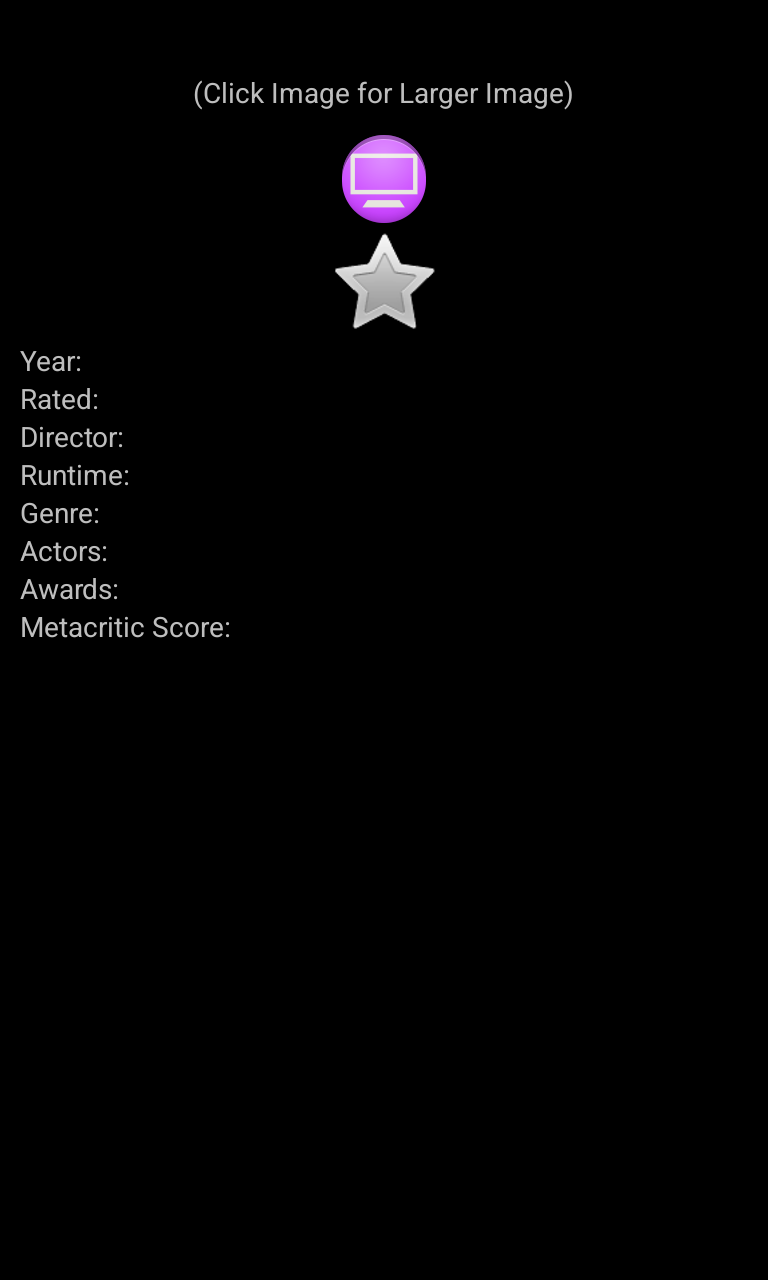
Repository: laurenelder/Java2_Elder
Layout: MovieLookup/res/layout/detail_layout.xml
These files come from the project's save history. The layout is drawn as it stood at one moment and after the next save; the edit follows.
It is drawn on a 768 x 1280 px phone screen (xhdpi) without system bars, with theme android:Theme.Black; the app's code is not run.

Above is the layout before, as saved 2014-07-18 00:48:59.

### MovieLookup/res/layout/detail_layout.xml
<?xml version="1.0" encoding="utf-8"?>

<!-- MovieLookup -->
<!-- com.laurenelder.movielookup -->
<!-- Devin "Lauren" Elder -->
<!-- Jul 17, 2014 -->
<!-- Java 2 Term 1407 -->

<ScrollView xmlns:android="http://schemas.android.com/apk/res/android"
    android:layout_width="match_parent"
    android:layout_height="match_parent">

<LinearLayout
    android:layout_width="match_parent"
    android:layout_height="wrap_content"
    android:orientation="vertical" >

    <TextView
        android:id="@+id/movieTitle"
        android:layout_width="wrap_content"
        android:layout_height="wrap_content"
        android:layout_gravity="center"
        android:gravity="center"
        android:layout_marginTop="7dp"
        android:text=""
        android:textAppearance="?android:attr/textAppearanceLarge" />

    <TextView
        android:id="@+id/imageHint"
        android:layout_width="wrap_content"
        android:layout_height="wrap_content"
        android:layout_gravity="center"
        android:gravity="center"
        android:layout_marginTop="0dp"
        android:text="@string/image_hint"
        android:textAppearance="?android:attr/textAppearanceSmall" />

    <ImageView
        android:id="@+id/movieImage"
        android:layout_width="wrap_content"
        android:layout_height="wrap_content"
        android:layout_gravity="center"
        android:layout_marginTop="10dp"
        android:src="@drawable/ic_launcher"
        android:clickable="true"
        android:contentDescription="@string/image_desciption" />

    <RatingBar
	    android:id="@+id/ratingBar"
	    android:layout_width="wrap_content"
	    android:layout_height="wrap_content"
	    android:layout_gravity="center"
        android:numStars="1"
	    android:stepSize="1.0"
	    android:rating="0.0" />

    <RelativeLayout
        android:layout_width="match_parent"
        android:layout_height="wrap_content"
        android:layout_marginTop="0dp" >

        <TextView
            android:id="@+id/yearLabel"
            android:layout_width="wrap_content"
            android:layout_height="wrap_content"
            android:layout_marginLeft="10dp"
            android:layout_alignParentLeft="true"
            android:layout_alignParentTop="true"
            android:text="@string/year_str" />

        <TextView
            android:id="@+id/movieYear"
            android:layout_width="220dp"
            android:layout_height="wrap_content"
            android:layout_marginRight="10dp"
            android:layout_alignParentRight="true"
            android:layout_alignParentTop="true"
            android:text="" />

    </RelativeLayout>

    <RelativeLayout
        android:layout_width="match_parent"
        android:layout_height="wrap_content"
        android:layout_marginTop="0dp" >

        <TextView
            android:id="@+id/ratingLabel"
            android:layout_width="wrap_content"
            android:layout_height="wrap_content"
            android:layout_marginLeft="10dp"
            android:layout_alignParentLeft="true"
            android:layout_alignParentTop="true"
            android:text="@string/rated_str" />

        <TextView
            android:id="@+id/movieRating"
            android:layout_width="220dp"
            android:layout_height="wrap_content"
            android:layout_marginRight="10dp"
            android:layout_alignParentRight="true"
            android:layout_alignParentTop="true"
            android:text="" />

    </RelativeLayout>

    <RelativeLayout
        android:layout_width="match_parent"
        android:layout_height="wrap_content"
        android:layout_marginTop="0dp" >

        <TextView
            android:id="@+id/directorLabel"
            android:layout_width="wrap_content"
            android:layout_height="wrap_content"
            android:layout_marginLeft="10dp"
            android:layout_alignParentLeft="true"
            android:layout_alignParentTop="true"
            android:text="@string/director_str" />

        <TextView
            android:id="@+id/movieDirector"
            android:layout_width="220dp"
            android:layout_height="wrap_content"
            android:layout_marginRight="10dp"
            android:layout_alignParentRight="true"
            android:layout_alignParentTop="true"
            android:text="" />

    </RelativeLayout>

    <RelativeLayout
        android:layout_width="match_parent"
        android:layout_height="wrap_content"
        android:layout_marginTop="0dp" >

        <TextView
            android:id="@+id/runtimeLabel"
            android:layout_width="wrap_content"
            android:layout_height="wrap_content"
            android:layout_marginLeft="10dp"
            android:layout_alignParentLeft="true"
            android:layout_alignParentTop="true"
            android:text="@string/runtime_str" />

        <TextView
            android:id="@+id/movieRuntime"
            android:layout_width="220dp"
            android:layout_height="wrap_content"
            android:layout_marginRight="10dp"
            android:layout_alignParentRight="true"
            android:layout_alignParentTop="true"
            android:text="" />

    </RelativeLayout>

    <RelativeLayout
        android:layout_width="match_parent"
        android:layout_height="wrap_content"
        android:layout_marginTop="0dp" >

        <TextView
            android:id="@+id/genreLabel"
            android:layout_width="wrap_content"
            android:layout_height="wrap_content"
            android:layout_marginLeft="10dp"
            android:layout_alignParentLeft="true"
            android:layout_alignParentTop="true"
            android:text="@string/genre_str" />

        <TextView
            android:id="@+id/movieGenre"
            android:layout_width="220dp"
            android:layout_height="wrap_content"
            android:layout_marginRight="10dp"
            android:layout_alignParentRight="true"
            android:layout_alignParentTop="true"
            android:text="" />

    </RelativeLayout>

    <RelativeLayout
        android:layout_width="match_parent"
        android:layout_height="wrap_content"
        android:layout_marginTop="0dp" >

        <TextView
            android:id="@+id/actorLabel"
            android:layout_width="wrap_content"
            android:layout_height="wrap_content"
            android:layout_marginLeft="10dp"
            android:layout_alignParentLeft="true"
            android:layout_alignParentTop="true"
            android:text="@string/actor_str" />

        <TextView
            android:id="@+id/movieActor"
            android:layout_width="220dp"
            android:layout_height="wrap_content"
            android:layout_marginRight="10dp"
            android:layout_alignParentRight="true"
            android:layout_alignParentTop="true"
            android:text="" />

    </RelativeLayout>

    <RelativeLayout
        android:layout_width="match_parent"
        android:layout_height="wrap_content"
        android:layout_marginTop="0dp" >

        <TextView
            android:id="@+id/awardsLabel"
            android:layout_width="wrap_content"
            android:layout_height="wrap_content"
            android:layout_marginLeft="10dp"
            android:layout_alignParentLeft="true"
            android:layout_alignParentTop="true"
            android:text="@string/awards_str" />

        <TextView
            android:id="@+id/movieAwards"
            android:layout_width="220dp"
            android:layout_height="wrap_content"
            android:layout_marginRight="10dp"
            android:layout_alignParentRight="true"
            android:layout_alignParentTop="true"
            android:text="" />

    </RelativeLayout>

    <RelativeLayout
        android:layout_width="match_parent"
        android:layout_height="wrap_content"
        android:layout_marginTop="0dp" >

        <TextView
            android:id="@+id/scoreLabel"
            android:layout_width="wrap_content"
            android:layout_height="wrap_content"
            android:layout_marginLeft="10dp"
            android:layout_alignParentLeft="true"
            android:layout_alignParentTop="true"
            android:text="@string/score_str" />

        <TextView
            android:id="@+id/movieScore"
            android:layout_width="220dp"
            android:layout_height="wrap_content"
            android:layout_marginRight="10dp"
            android:layout_alignParentRight="true"
            android:layout_alignParentTop="true"
            android:text="" />

    </RelativeLayout>

    <TextView
        android:id="@+id/moviePlot"
        android:layout_width="wrap_content"
        android:layout_height="wrap_content"
        android:layout_marginTop="7dp"
        android:layout_marginRight="10dp"
        android:layout_marginLeft="10dp"
        android:layout_gravity="center"
        android:gravity="center"
        android:text="" />

</LinearLayout>

</ScrollView>

### MovieLookup/res/values/strings.xml
<?xml version="1.0" encoding="utf-8"?>

<!-- MovieLookup -->
<!-- com.laurenelder.movielookup -->
<!-- Devin "Lauren" Elder -->
<!-- Jul 17, 2014 -->
<!-- Java 2 Term 1407 -->

<resources>

    <string name="app_name">Movie Lookup</string>
    <string name="hello_world">Hello world!</string>
    <string name="action_settings">Settings</string>
    <string name="title_text">Search to find all the information on your favorite movies!</string>
    <string name="button_text">Find!</string>
    <string name="search_hint">Star Trek</string>
    <string name="main_api">http://www.omdbapi.com/?s=Star%20Trek_r=JSON</string>
    <string name="pre_detail_api">http://www.omdbapi.com/?i=</string>
    <string name="post_detail_api">_r=JSON</string>
    <string name="input_notification">Please enter a movie you would like to search for.</string>
    <string name="connection_notification">Connection Error: Please check to make sure you have an internet connection.</string>
    <string name="searching_notification">We are searching for your movie</string>
    <string name="details_notification">We are finding the details for your movie</string>
    <string name="file_name">apiJSONdata.txt</string>
    <string name="detail_file_name">.txt</string>
    <string name="n_a">Not Applicable</string>
    <string name="year_str">Year:</string>
    <string name="rated_str">Rated:</string>
    <string name="released_str">Date Released:</string>
    <string name="runtime_str">Runtime:</string>
    <string name="genre_str">Genre:</string>
    <string name="director_str">Director:</string>
    <string name="actor_str">Actors:</string>
    <string name="awards_str">Awards:</string>
    <string name="score_str">Metacritic Score:</string>
    <string name="image_hint">(Click Image for Larger Image)</string>
    <string name="image_desciption">Movie Poster</string>
    <string name="alert_title">Favorite Notification</string>
    <string name="alert_favMovie"> is now a favorite</string>
    <string name="alert_notFavMovie"> is not a favorite</string>
    <string name="alert_favRating">Rating Bar returned:</string>

</resources>

After the next save:
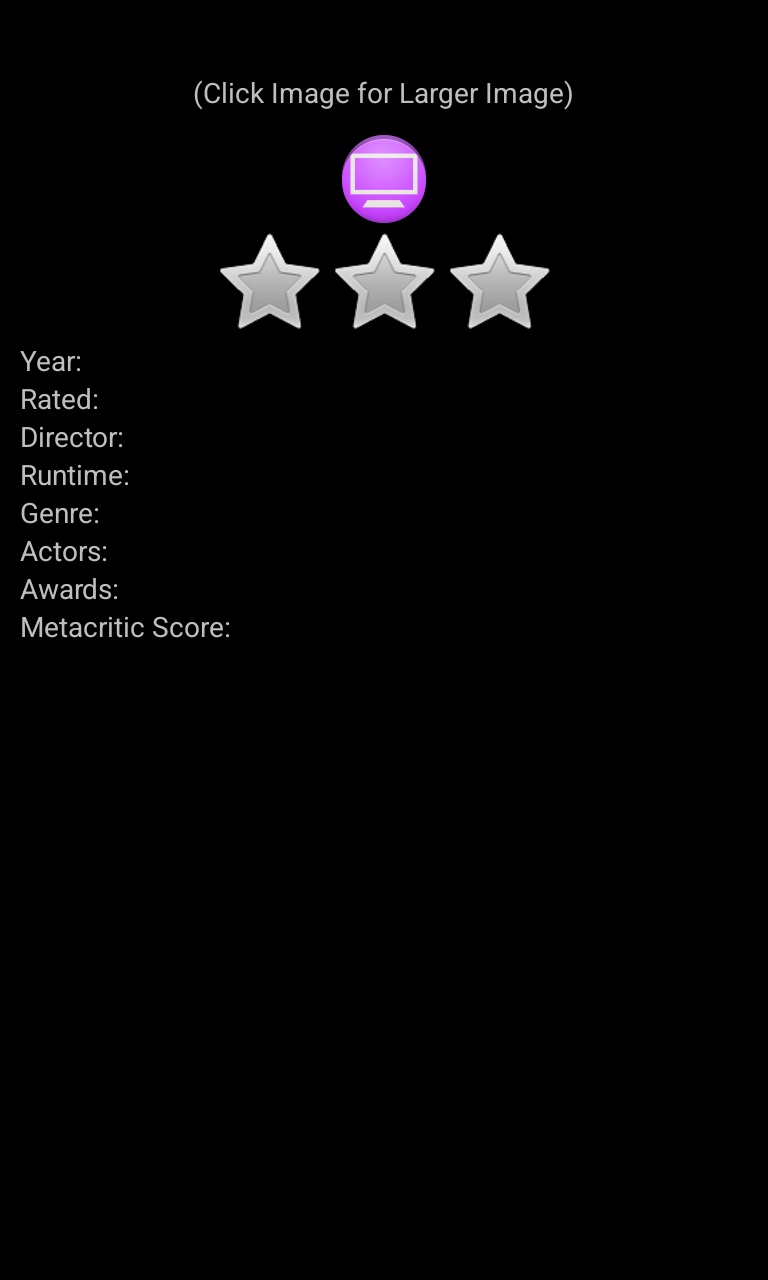
Saved 37 min 2 s later.
--- a/MovieLookup/res/layout/detail_layout.xml
+++ b/MovieLookup/res/layout/detail_layout.xml
@@ -50,7 +50,7 @@
 	    android:layout_width="wrap_content"
 	    android:layout_height="wrap_content"
 	    android:layout_gravity="center"
-        android:numStars="1"
+        android:numStars="3"
 	    android:stepSize="1.0"
 	    android:rating="0.0" />
 
